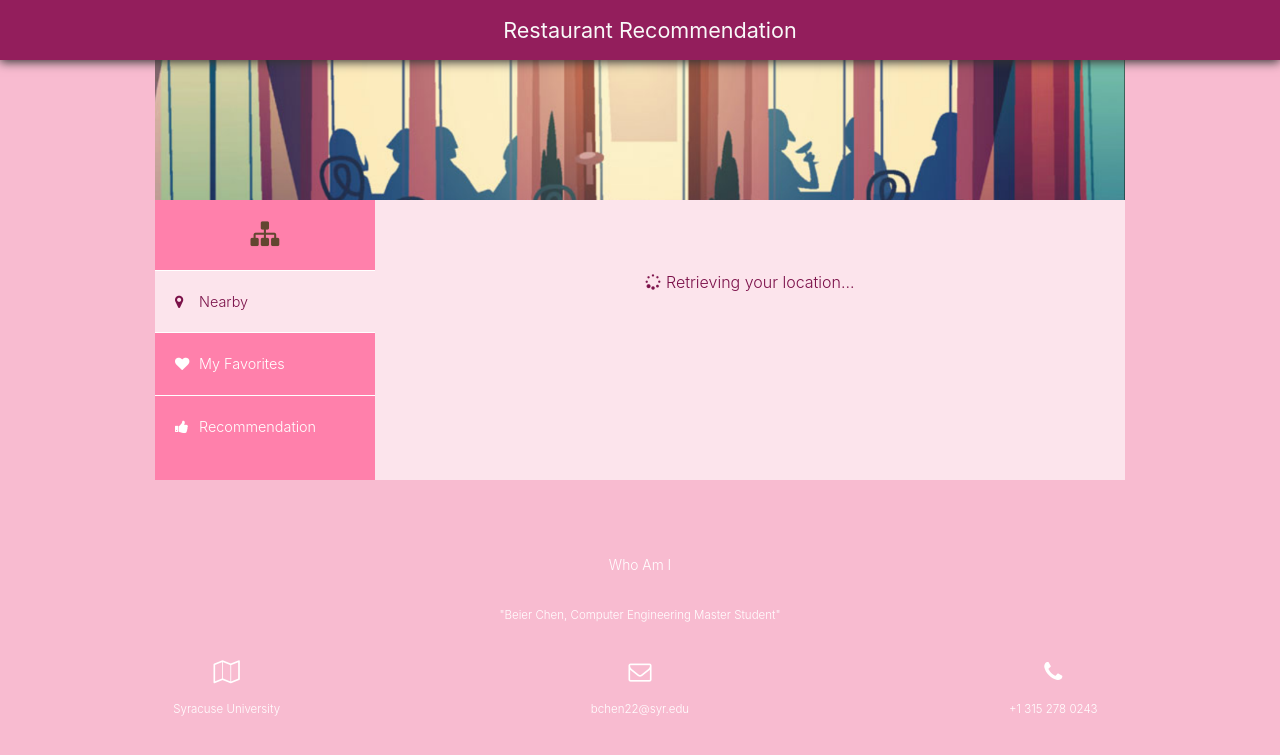
Repository: bchenSyr/restaurant-recommend
Page: YelpRecommend/WebContent/index.html
These files come from the project's save history. The page is drawn as it stood at one moment and after the next save; the edit follows.
The browser window is 1280 px wide. The pictures show the whole page.
Some web libraries are served in a nearby version.

Above is the page before, as saved 2018-09-17 07:26:08.

After the next save:
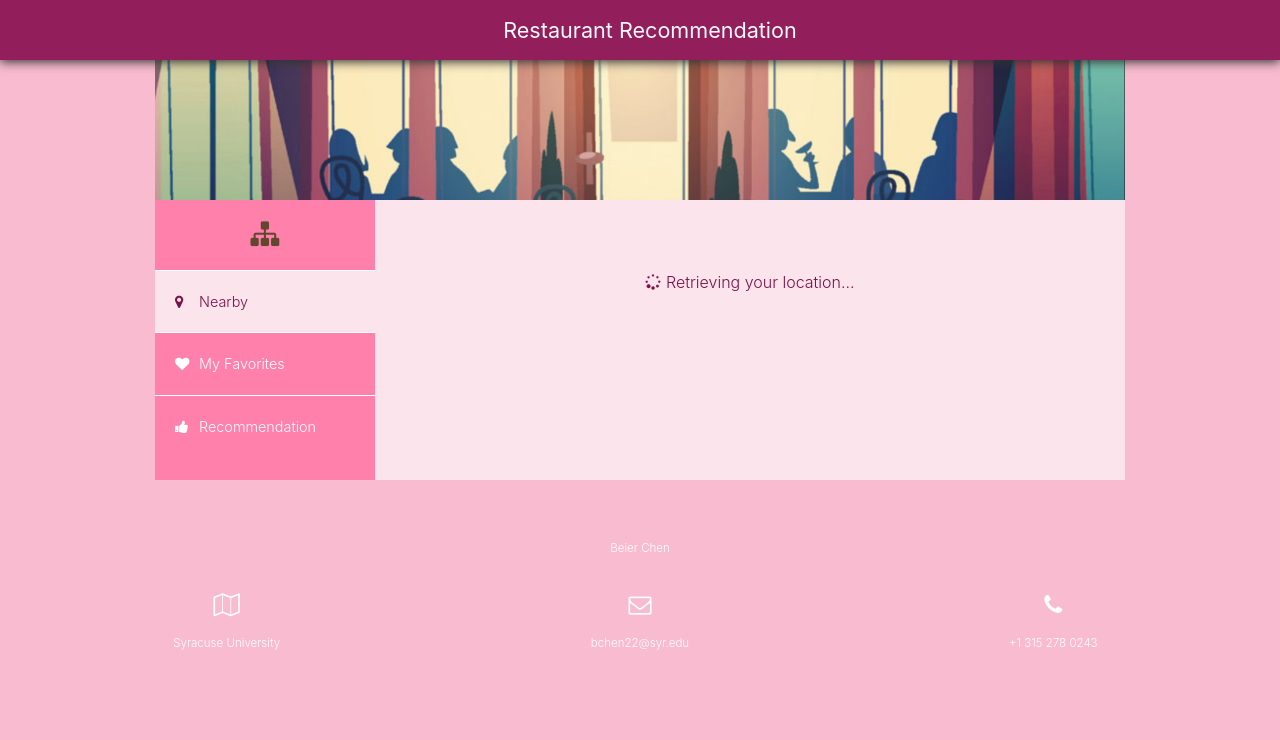
Saved 7 s later.
--- a/YelpRecommend/WebContent/index.html
+++ b/YelpRecommend/WebContent/index.html
@@ -73,8 +73,7 @@
   </div>
 
   <footer>
-    <p class="title">Who Am I</p>
-    <p>"Beier Chen, Computer Engineering Master Student"</p>
+    <p>Beier Chen</p>
     <ul>
       <li>
         <p><i class="fa fa-map-o fa-2x"></i></p>
